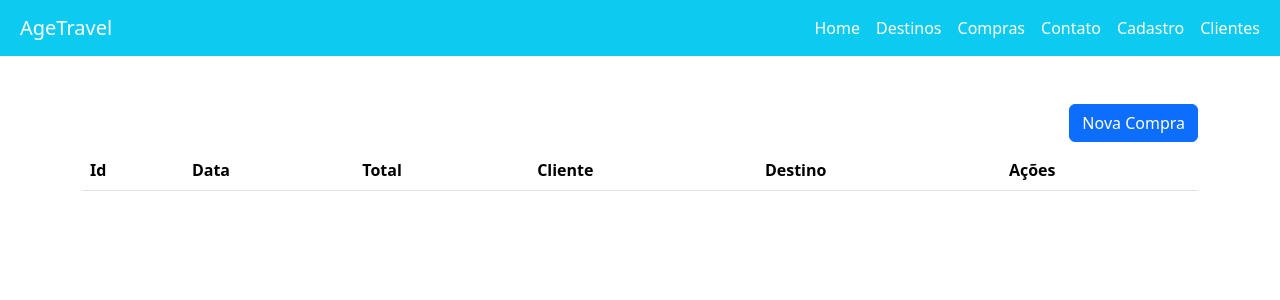
Repository: suyannepereira/modulo5
Page: http://localhost/compras/index
An editor plug-in stored every save of this project. The page is shown before and after the next save, followed by the edit.
The browser window is 1280 px wide. The pictures show the whole page.
The page is this project's Thymeleaf template; nobody is signed in. The template is opened directly, without the code that normally fills it, so the values that code supplies are empty.

Above is the page before, as saved 2023-12-15 17:11:11.

### mod5/src/main/resources/templates/compras/index.html
<!DOCTYPE html>
<html lang="pt-br">

<head>
	<meta charset="UTF-8">
	<meta name="viewport" content="width=device-width, initial-scale=1.0">
	<link rel="stylesheet" href="assets/css/Style.css" />
	<link rel="stylesheet" href="https://cdn.jsdelivr.net/npm/bootstrap@5.3.2/dist/css/bootstrap.min.css">
	<title>Cadastro</title>
</head>

<body>
	<header>
		<nav class="navbar bg-info navbar-dark navbar-expand-sm sticky-top">
			<div class="container-fluid justify-content-around">
				<a href="index.html" class="navbar-brand d-flex align-items-center">
					<!-- Ícone do Bootstrap Icons --> <i class="bi bi-airplane-engines fs-4 me-2"></i>AgeTravel
				</a>
				<button class="navbar-toggler" type="button" data-bs-toggle="collapse" data-bs-target="#menuNavbar">
					<span class="navbar-toggler-icon"></span>
				</button>
				<div class="collapse navbar-collapse" id="menuNavbar">
					<div class="navbar-nav ms-auto">
						<a href="index.html" class="nav-link active">Home</a>
						<a href="destino" class="nav-link active">Destinos</a>
						<a href="compra" class="nav-link active">Compras</a>
						<a href="contato.html" class="nav-link active">Contato</a>
						<a href="cadastro.html" class="nav-link active">Cadastro</a>
						<a href="cliente" class="nav-link active">Clientes</a>
					</div>
				</div>
			</div>
		</nav>
	</header>
	<div class="container mt-5">
		<table class="table">
			<thead>
				<tr>
					<th scope="col">Id</th>
					<th scope="col">Data</th>
					<th scope="col">Total</th>
					<th scope="col">Cliente</th>
					<th scope="col">Destino</th>
					<th scope="col">Ações</th>
				</tr>
			</thead>
			<tbody>
				<tr th:each="compra : ${compras}">

					<td th:text="${compra.id}"></td>
					<td th:text="${compra.data}"></td>
					<td th:text="${compra.total}"></td>
					<td th:text="${compra.cliente.nome}"></td>
					<td th:text="${compra.destino.nome}"></td>


					<td>

						<a th:href="@{/compras/{id}/editar (id=${compra.id})}"
							class="btn btn-secondary btn-edit mb-1">
							Editar
						</a>
						<a th:href="@{/compras/{id}/excluir (id=${compra.id})}" class="btn btn-danger btn-edit mb-1"
							onclick="return confirm('Tem certeza que deseja excluir essa compra?');">
							Excluir
						</a>
					</td>

				</tr>


				<div class="d-flex justify-content-end mt-4">
					<a th:href="@{compras/cadastrar}" class="btn btn-primary mb-2 botao1"> Nova Compra </a>
				</div>




			</tbody>
		</table>

	</div>

	<script src="https://cdn.jsdelivr.net/npm/bootstrap@5.3.2/dist/js/bootstrap.bundle.min.js"
		integrity="sha384-C6RzsynM9kWDrMNeT87bh95OGNyZPhcTNXj1NW7RuBCsyN/o0jlpcV8Qyq46cDfL"
		crossorigin="anonymous"></script>
</body>

</html>

### mod5/src/main/resources/static/css/Style.css
* {
  margin: 0;
  padding: 0;
  border: 0;
}
.sem-preenchimento {
  margin: 0 !important;
  padding: 0 !important;
}
/*form {
  width: 50%;
  height: auto;
  margin: 40px 0;
  border: 5px solid rgb(83, 202, 206);
  padding: 20px;
}*/
.footer-dimensoes {
  width: 100%;
  height: auto;
  bottom: 0;
  margin: 0;
  padding: 0;
}
.titulo-pages {
  font-family: "PT Sans", sans-serif;
  font-family: "Inter", sans-serif;
  font-size: 50px !important;
  font-weight: 700;
}
.form-area{
  padding-top: 20%;
}
.row.single-form{
  box-shadow: 0 2px 20px -5px rgba(0, 0, 0, 5);
}
.left{
  background: blue;
  padding: 200px 98px;
}

After the next save:
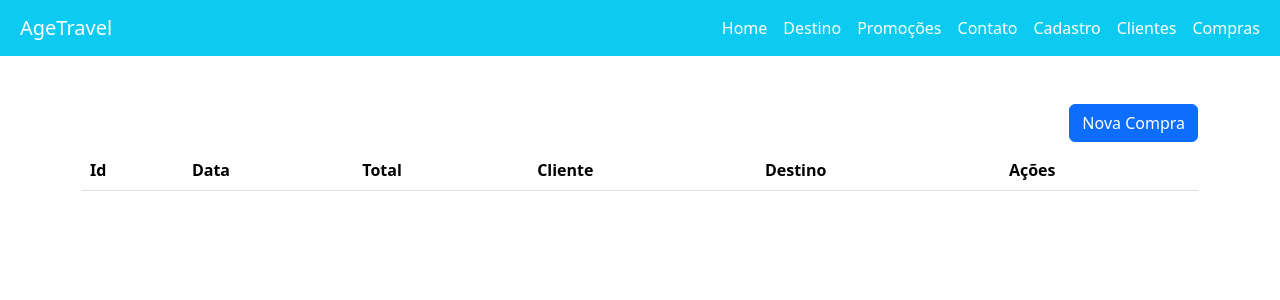
Saved 29 s later.
--- a/mod5/src/main/resources/templates/compras/index.html
+++ b/mod5/src/main/resources/templates/compras/index.html
@@ -21,12 +21,13 @@
 				</button>
 				<div class="collapse navbar-collapse" id="menuNavbar">
 					<div class="navbar-nav ms-auto">
-						<a href="index.html" class="nav-link active">Home</a>
-						<a href="destino" class="nav-link active">Destinos</a>
-						<a href="compra" class="nav-link active">Compras</a>
-						<a href="contato.html" class="nav-link active">Contato</a>
-						<a href="cadastro.html" class="nav-link active">Cadastro</a>
-						<a href="cliente" class="nav-link active">Clientes</a>
+						<a href="/" class="nav-link active">Home</a>
+						<a href="/destino" class="nav-link active">Destino</a>
+						<a href="/promocoes" class="nav-link active">Promoções</a>
+						<a href="contato" class="nav-link active">Contato</a>
+						<a href="clientes/cadastrar" class="nav-link active">Cadastro</a>
+						<a href="clientes" class="nav-link active">Clientes</a>
+						<a href="compras" class="nav-link active">Compras</a>
 					</div>
 				</div>
 			</div>
